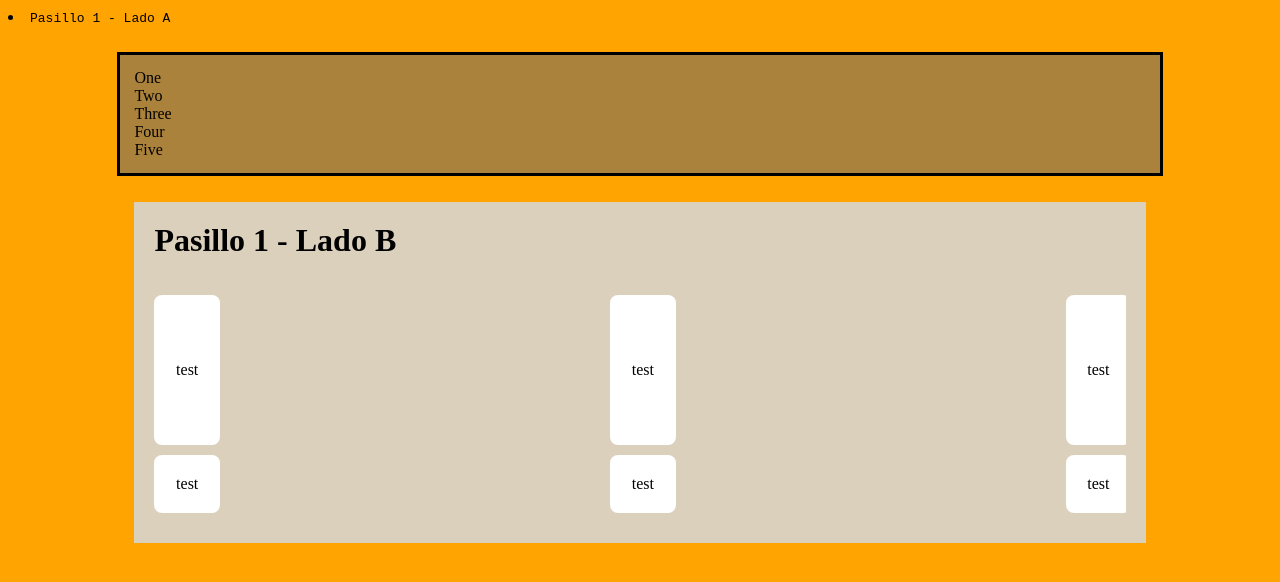
Repository: Franzcod/DepoStock_Web
Page: index.html
The author's editor kept a copy of each file at every save. The page is drawn from the files as they stood at one save, then again after the next save.
The browser window is 1280 px wide. The pictures show the whole page.

Above is the page before, as saved 2020-06-07 02:27:53.
Console error: ReferenceError: ur is not defined

### index.html
<!DOCTYPE html>
<html lang="en">
<head>
    <meta charset="UTF-8">
    <meta name="viewport" content="width=device-width, initial-scale=1.0">
    <title>Deposito Probusol</title>

    <link rel="stylesheet" href="estilo/estilo.css">
</head>
<body>

    <li><code>Pasillo 1 - Lado A</code>
        <div id="div2">
            <div class="wrapper">
                <div class="box1">One</div>
                <div class="box2">Two</div>
                <div class="box3">Three</div>
                <div class="box4">Four</div>
                <div class="box5">Five</div>
            </div>
        </div>
    </li>

    <div class="app">
        <h1>Pasillo 1 - Lado B</h1>

        <ul class="hs">
            <li class="item">test</li>
            <li class="item">test</li>
            <li class="item">test</li>
            <li class="item">test</li>
            <li class="item">test</li>
            <li class="item">test</li>
            <li class="item">test</li>
            <li class="item">test</li>
            <li class="item">test</li>
            <li class="item">test</li>
            <li class="item">test</li>
            <li class="item">test</li>
            <li class="item">test</li>
            <li class="item">test</li>
            <li class="item">test</li>
            <li class="item">test</li>
            <li class="item">test</li>
            <li class="item">test</li>
            <li class="item">test</li>
            <li class="item">test</li>
            <li class="item">test</li>
            <li class="item">test</li>
            <li class="item">test</li>
            <li class="item">test</li>
        </ul>

        <!-- <div class="container">
            <div class="item">
            <h3>Block for context</h3>
            </div>
        </div> -->
    </div>






    <script>ur</script>

</body>







</html>

### estilo/estilo.css
html{
    background-color: rgba(255, 164, 0, 1);
}

#div2 {
    border: 3px solid black;
    width:  80%;
    height: 40%;
    margin: 2vw auto;
    padding: 2vh 2vh;
    background-color: rgba(105, 105, 105, 0.565);
}

#div2 { overflow-x: scroll;}

:root {
--gutter: 20px;
}

.app {
padding: var(--gutter) 0;
display: grid;
grid-gap: var(--gutter) 0;
grid-template-columns: var(--gutter) 1fr var(--gutter);
align-content: start;
}

.app > * {
grid-column: 2 / 2;
}

.app > .full {
grid-column: 1 / -1;
}

.hs {
display: grid;
grid-gap: calc(var(--gutter) / 2);
grid-template-columns: repeat(15, calc(50% - var(--gutter) * 2));
grid-template-rows: minmax(150px, 1fr);

overflow-x: scroll;
/* scroll-snap-type: x proximity; */
padding-bottom: calc(.75 * var(--gutter));
margin-bottom: calc(-.25 * var(--gutter));
}

/* Demo styles */

ul {
list-style: none;
padding: 0;
}

h1,
h2,
h3 {
margin: 0;
}

.app {
width: 80%;
height: 667px;
background: #DBD0BC;
overflow-y: scroll;
margin: 2vw auto;
height: 40%;
}

.hs > li,
.item {
scroll-snap-align: center;
padding: calc(var(--gutter) / 1 );
display: flex;
flex-direction: column;
justify-content: center;
align-items: center;
background: #fff;
border-radius: 8px;
width: 2vw;
}

After the next save:
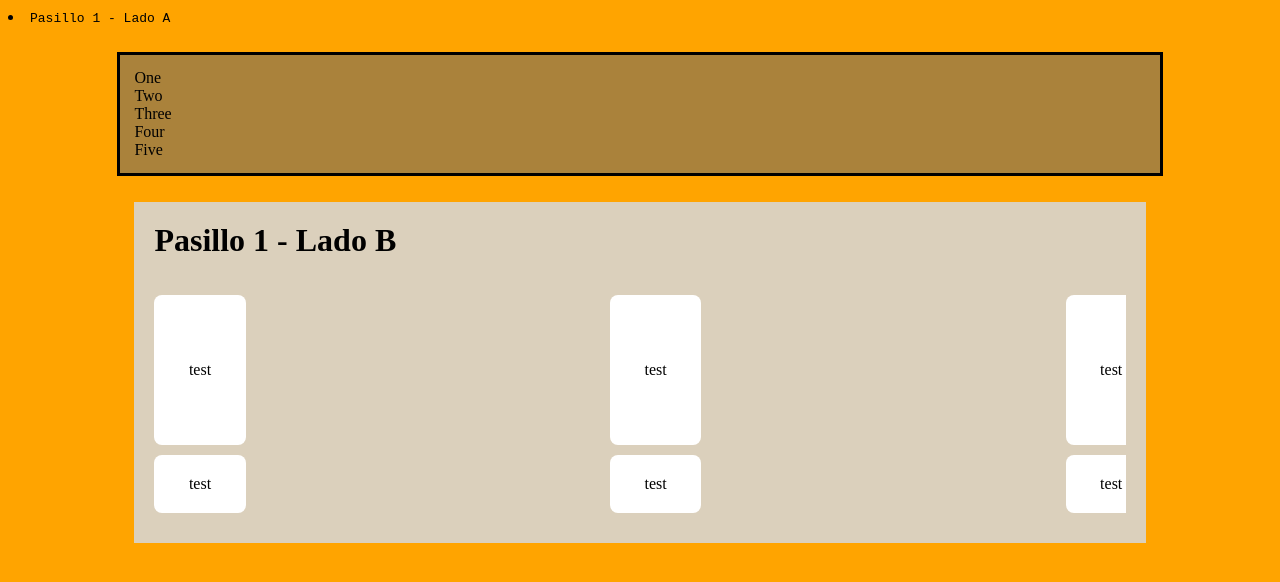
Saved 7 s later.
--- a/estilo/estilo.css
+++ b/estilo/estilo.css
@@ -77,5 +77,5 @@ justify-content: center;
 align-items: center;
 background: #fff;
 border-radius: 8px;
-width: 2vw;
+width: 4vw;
 }
